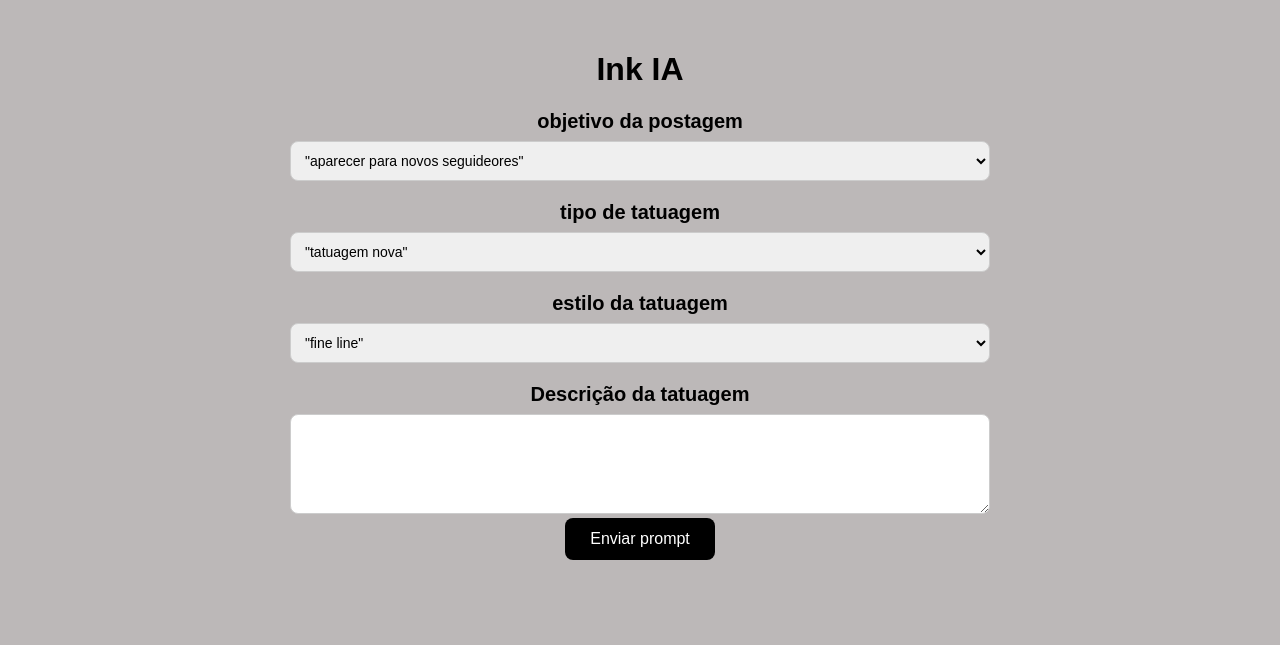
Repository: Ubiratandev/ink_api
Page: ink_IA/ink_ia.html
The author's editor kept a copy of each file at every save. The page is drawn from the files as they stood at one save, then again after the next save.
The browser window is 1280 px wide. The pictures show the whole page.

Above is the page before, as saved 2026-03-25 00:15:19.

After the next save:
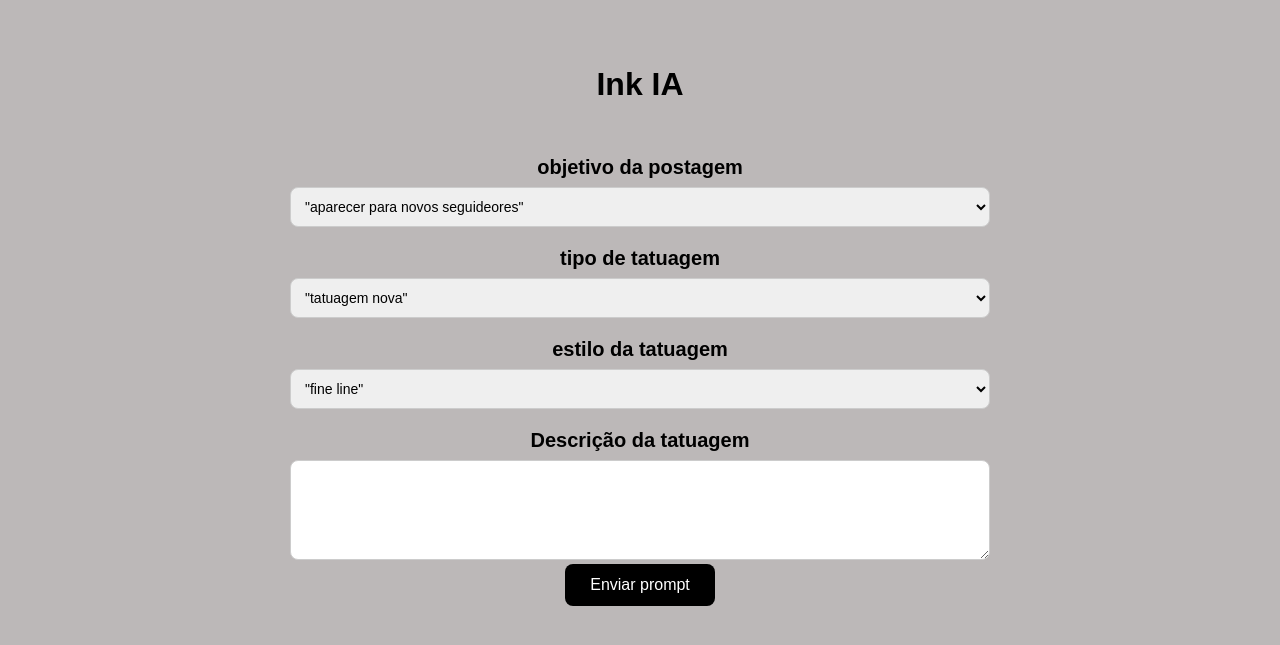
Saved 31 s later.
--- a/ink_IA/styles.css
+++ b/ink_IA/styles.css
@@ -1,4 +1,16 @@
 /* RESET básico */
+header {
+  margin: 0;
+  padding: 15px;
+  font-family: Arial, sans-serif;
+  background: #bcb8b8;
+  justify-content:center;
+  align-items:center;
+  text-align:center;
+
+
+}
+
 body {
   margin: 0;
   padding: 15px;
